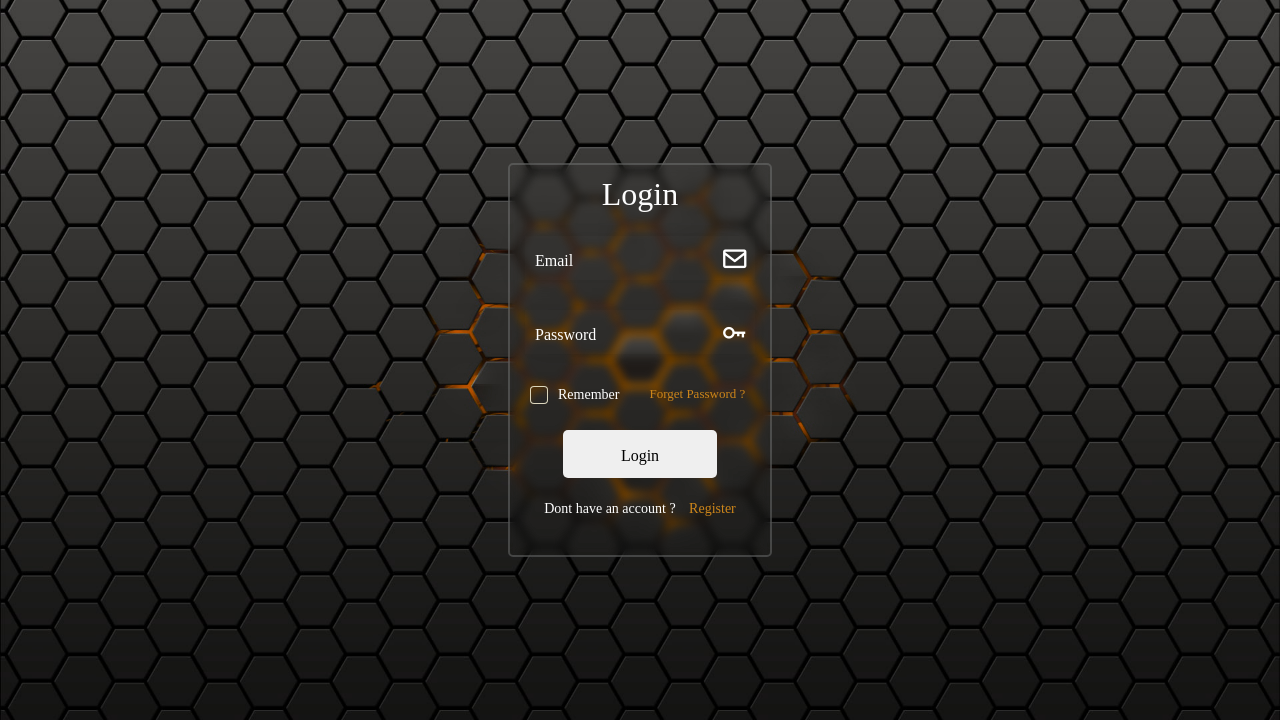
Repository: shailesh89-art/E-tutor-springboot-hibernate
Page: http://localhost/TUTOR_INVENTOR_1/pages/login_tutor.jsp
An editor plug-in stored every save of this project. The page is shown before and after the next save, followed by the edit.
The browser window is 1280 px wide. The pictures show the whole page.
Some web fonts or font styles are not loaded; a fallback is used. The page is served by Tomcat 9. Other server files are loaded and not shown.

Above is the page before, as saved 2023-05-04 11:14:59.

### TUTOR_INVENTOR_1/src/main/webapp/pages/login_tutor.jsp
<%@ page language="java" contentType="text/html; charset=ISO-8859-1"
    pageEncoding="ISO-8859-1"%>
    <%@ taglib prefix="c" uri="http://java.sun.com/jsp/jstl/core" %>

<!DOCTYPE html>
<html lang="en">
<head>
    <meta charset="UTF-8">
    <meta http-equiv="X-UA-Compatible" content="IE=edge">
    <meta name="viewport" content="width=device-width, initial-scale=1.0">
    <link href="https://cdn.jsdelivr.net/npm/bootstrap@5.3.0-alpha3/dist/css/bootstrap.min.css" rel="stylesheet" integrity="sha384-KK94CHFLLe+nY2dmCWGMq91rCGa5gtU4mk92HdvYe+M/SXH301p5ILy+dN9+nJOZ" crossorigin="anonymous">
    <link href='https://unpkg.com/boxicons@2.1.4/css/boxicons.min.css' rel='stylesheet'>

    <style>
    @charset "ISO-8859-1";
@import url('https://fonts.googleapis.com/css2?family=Castoro+Titling&display=swap');
*{
    margin: 0;
    padding: 0;
    box-sizing: border-box;
    font-family: 'Castoro Titling', cursive;
}

.row{
    --bs-gutter-x:0rem;
}

section{
    min-height: 100vh;
    display: flex;
    justify-content: center;
    align-items: center;
    background:url(../Assets/imgs/background2.jpg);
    background-repeat: no-repeat;
    background-position: center center;
    background-size: cover;
    animation: ani1 10s infinite linear;

}
@keyframes ani1 {
    100%{
        filter: hue-rotate(360deg);
    }
}

.box_container{
    /* background: #ccc; */
    padding: 10px 15px;
    border: 2px solid rgba(136, 134, 134, 0.396);
    border-radius: 5px;
    background: transparent;
    backdrop-filter: blur(5px);
    color: #fff;


}
.box_container form{
    width: 100%;
    height: 100%;
    display: flex;
    flex-direction: column;
    align-items: center;
    justify-content: center;

}
.box_container form .title{
    color: rgb(253, 253, 253);
    display: flex;
    align-items: center;
    justify-content: center;
}
.box_container form .input_box{
    margin: 15px 0;
    position: relative;
}

.box_container form .input_box .input{
    border: none;
    outline: none;
    background: transparent;
    padding: 10px 15px;
    box-shadow: 0 0 30px rgba(0, 0, 0, 0.1);
}
.box_container form .input_box .label{
    position: absolute;
    left: 10px ;
    top: 13px;
    pointer-events: none;
    transition: all 0.3s linear;

}
.box_container form .input_box .icon{
    position: absolute;
    font-size: 28px;
    right: -10px;
    top: 10%;
    transform: translateX(-58%);
    transition: all 0.3s linear;

}

.input_box .input:focus ~ .label,
.input_box .input:valid ~ .label{
    top: -16px;
    left: 1px;
    color: rgb(12, 179, 179);
}

.input_box .input:focus ~ .icon,
.input_box .input:valid ~ .icon{
    color: rgb(12, 179, 179);
}

.input_box .input:focus{
    color: rgb(12, 179, 179);
}

.remember{
    margin: 10px 0;
    padding: 5px ;
    display: flex;
    flex-direction: row;
    gap: 15px;
    font-size: 14px;
}

.remember .checkbox{
    --background: #fff;
    --border: #D1D6EF;
    --border-hover: #BBC1E1;
    --border-active: #1E2235;
    --tick: #FFF;
    display: flex;
    position: relative;
    justify-content: center;
    align-items: center;
    gap: 10px;
}
.remember .checkbox input,
.remember .checkbox svg{
    width: 18px ;
    height:18px;
    display: block;

}
.remember .checkbox input{
    -webkit-appearance: none;
    -moz-appearance: none;
    position: relative;
    outline: none;
    background: var(---background);
    border: none;
    margin: 0;
    padding: 0;
    cursor: pointer;
    border-radius: 4px;
    transition: box-shadow 0.3s;
    box-shadow: inset 0 0 0 var(--s,1px) var(--b,var(--border));

}
.remember .checkbox input:hover{
    --s:2px;
    --b: var(--border-hover)
}
.remember .checkbox input:checked{
    --b:var(--border-active)
}
svg{
    pointer-events: none;
    fill: none;
    stroke-width: 2px;
    stroke-linecap: round;
    stroke: var(--stroke,var(--border-active));
    position: absolute;
    top: 0;
    left: 0;
    width: 17px;
    height: 17px;
    transform: scale(var(--scale,1)) translateZ(0);

}

.path input:checked{
    --s:3px;
    transition-delay: 0.4s;

}

.path input:checked + svg{
    --a:16.1 86.12;
    --o:102.22;
}

.path svg{
    stroke-dasharray: var(--a,86.12);
    stroke-dashoffset: var(--o,86.12);
    transition: stroke-dashoffset 0.6s, stroke-dasharray 0.6s;

}


.remember a{
    text-decoration: none;
    color: rgb(77,148, 255);
    font-size: 13px;
    margin-left: 15px;
}
button{
    outline: none;
    border: none;
    padding: 14px 15px 10px 15px;
    width: 50%;
    display: flex;
    justify-content: center;
    align-items: center;
    border-radius: 5px;
    margin: 10px 0;
    transition: background 2s linear;
    position: relative;
}
button::before{
    position: absolute;
    content: '';
    width: 100%;
    height: 100%;
    z-index: 800;
    opacity: 0;
    display: flex;
    justify-content: center;
    align-items: center;
}
button:hover::before{
    animation:  ani2 infinite 2s cubic-bezier(0.79,0.33,0.14,0.53);
}
@keyframes ani2 {
    100%{
        opacity: 1;
        content: 'Login';
    }
    50%{
        box-shadow: 0 -1px 15px 1px rgb(25, 167, 160);
    }

    0%{
        z-index: 0;
        content: 'Login';
        background: rgb(49, 225, 231);
        box-shadow: 1px 1px 25px 2px rgb(1, 161, 153);
    }
}

button:hover{
    box-shadow: 0 -1px 10px 1px rgb(25, 167, 160);
}

.register_link{
    font-size: 14px;
    padding: 10px 15px;
    display: flex;
    align-items: center;
    justify-content: center;
    gap: 15px;

}

.register_link a{
    text-decoration: none;
    margin-left: 10px;
    color: rgb(77,148, 255);
}
    </style>
    <link rel="icon" type="image/x-icon" href="Assets/imgs/Screenshot_(160)-transformed (1)-fotor-bg-remover-20230423203452.png" >
    <title>Login Tutor</title>
</head>
<body>
   <section>
    <div class="box_container row">
        <form action="loginvalidtutor" method="post" autocomplete="off">
            <c:if test="${not empty error}">
                <script>
                   alert("${error}");
                </script>
             </c:if>
            <h2 class="title col-12">
                Login
            </h2>
            <div class="input_box col-12">
                <input type="text" class="input" name="email" required>
                <label  class="label">Email</label>
                <div class="icon">
                    <i class='bx bx-envelope'></i>
                </div>
            </div>
            <div class="input_box col-12">
                <input type="text" class="input" name="pass" required>
                <label  class="label">Password</label>
                <div class="icon">
                    <i class='bx bx-key' ></i>
                </div>
            </div>
            <div class="remember col-12">
                <label class="checkbox path">
                    <input type="checkbox">
                            Remember

                    <svg viewBox="0 0 21 21">
                        <path d="M5,10.75 L8.5,14.25 L19.4,2.3 C18.8333333,1.43333333 18.0333333,1 17,1 L4,1 C2.35,1 1,2.35 1,4 L1,17 C1,18.65 2.35,20 4,20 L17,20 C18.65,20 20,18.65 20,17 L20,7.99769186"></path>

                    </svg>
                </label>
                <a href="forgotpasswordtutor">
                    Forget Password ?
                </a>
            </div>
            <button type="submit" class="col-8">Login</button>
            <div class="register_link col-12">
                <p>
                    Dont have an account ?
                    <a href="/reg_tutor">Register</a>
                </p>
            </div>
        </form>
    </div>

</section>



    <script src="https://cdn.jsdelivr.net/npm/bootstrap@5.3.0-alpha3/dist/js/bootstrap.min.js" integrity="sha384-Y4oOpwW3duJdCWv5ly8SCFYWqFDsfob/3GkgExXKV4idmbt98QcxXYs9UoXAB7BZ" crossorigin="anonymous"></script>

</body>
</html>

After the next save:
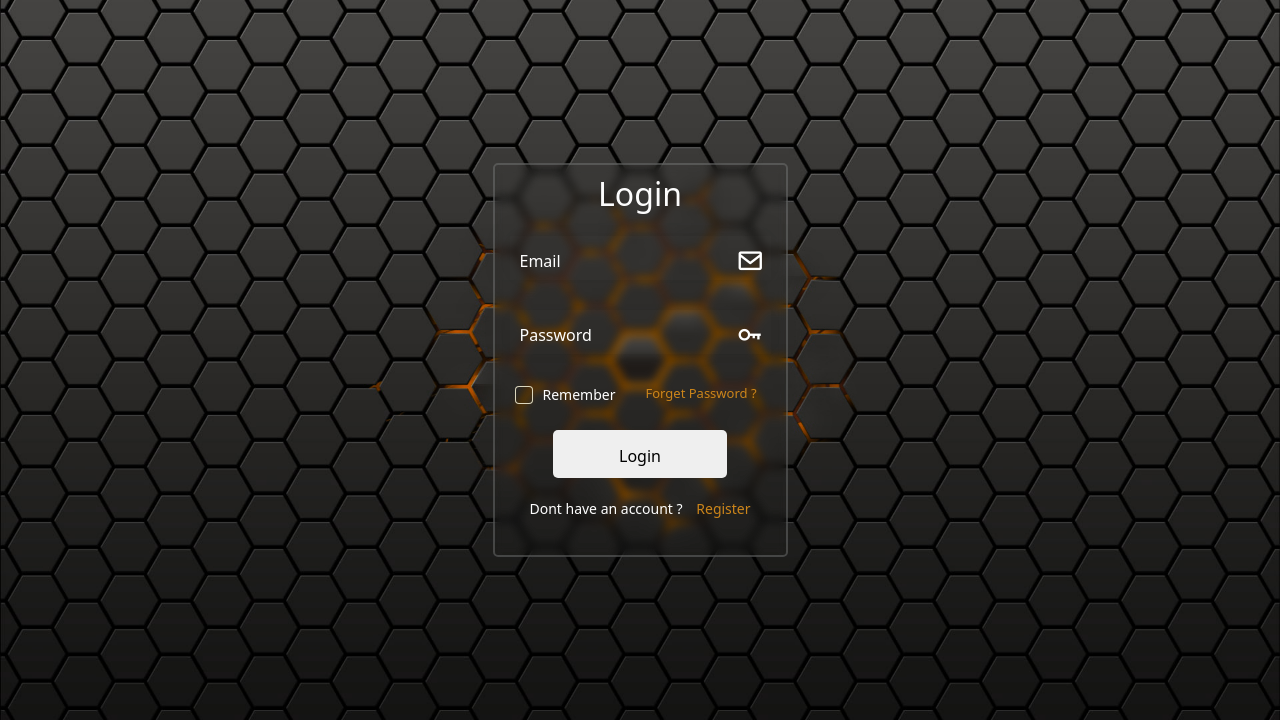
Saved 2 min 10 s later.
--- a/TUTOR_INVENTOR_1/src/main/webapp/pages/login_tutor.jsp
+++ b/TUTOR_INVENTOR_1/src/main/webapp/pages/login_tutor.jsp
@@ -18,7 +18,7 @@
     margin: 0;
     padding: 0;
     box-sizing: border-box;
-    font-family: 'Castoro Titling', cursive;
+
 }
 
 .row{

After the save that followed:
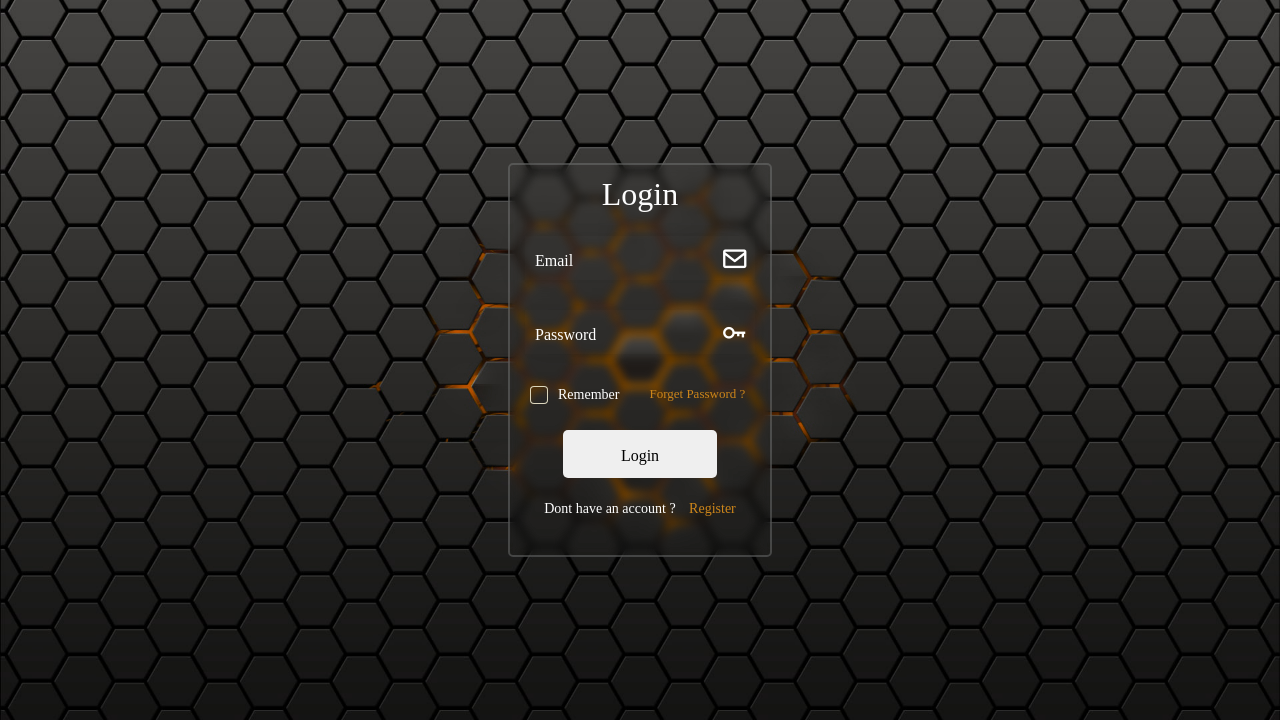
Saved 49 s later.
--- a/TUTOR_INVENTOR_1/src/main/webapp/pages/login_tutor.jsp
+++ b/TUTOR_INVENTOR_1/src/main/webapp/pages/login_tutor.jsp
@@ -18,7 +18,7 @@
     margin: 0;
     padding: 0;
     box-sizing: border-box;
-
+    font-family: 'Castoro Titling', cursive;
 }
 
 .row{
